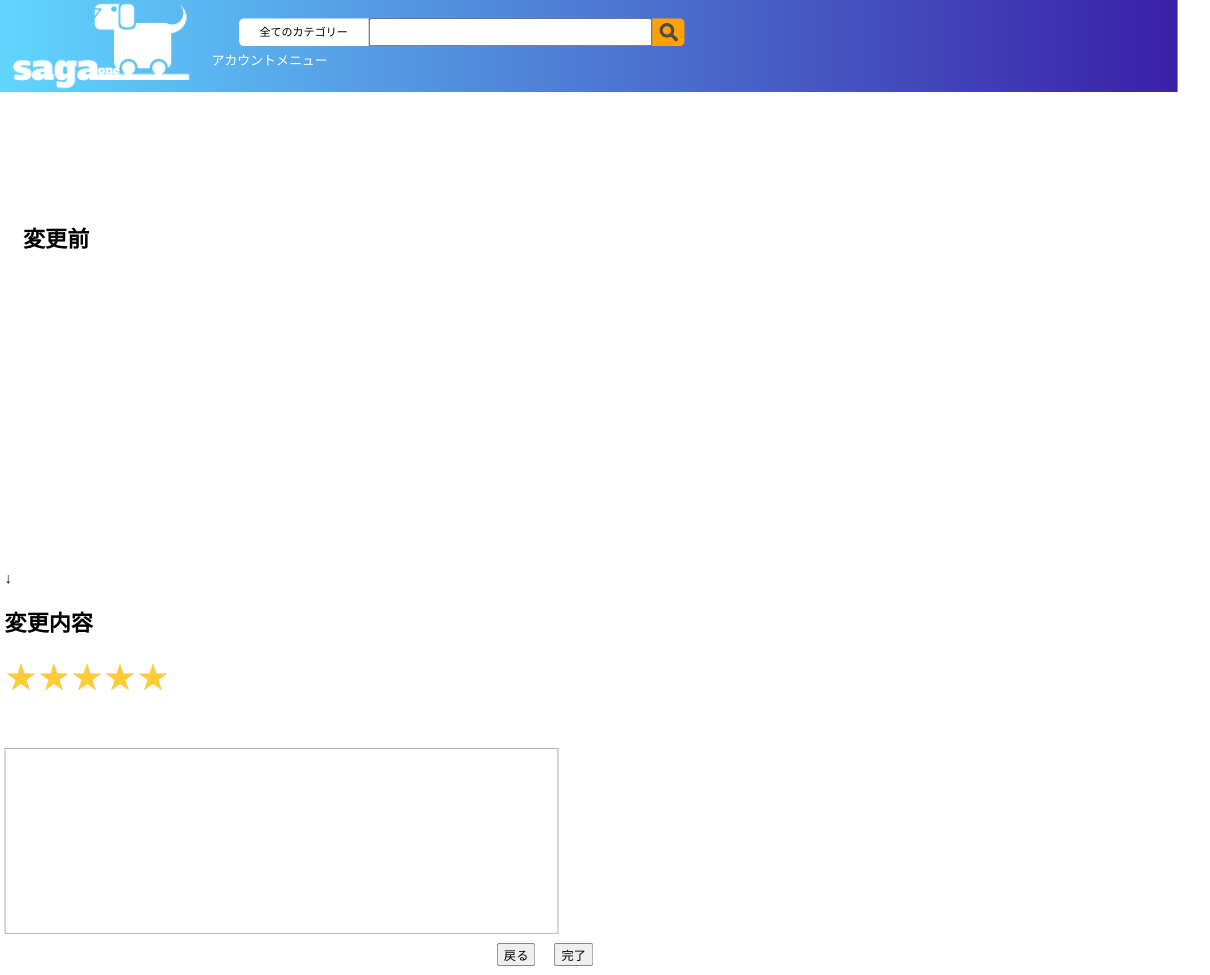
Repository: a4b3c2d1/backup
Page: http://localhost/sagaone-master/reviewChangeConfirm.jsp
An editor plug-in stored every save of this project. The page is shown before and after the next save, followed by the edit.
The browser window is 1280 px wide. The page is 1315 px wide, so the pictures cover 1315 px, including what lies to the right of the window. The pictures show the whole page, at 92% of full size.
The page is served by Tomcat 9.

Above is the page before, as saved 2018-01-21 11:30:39.

After the next save:
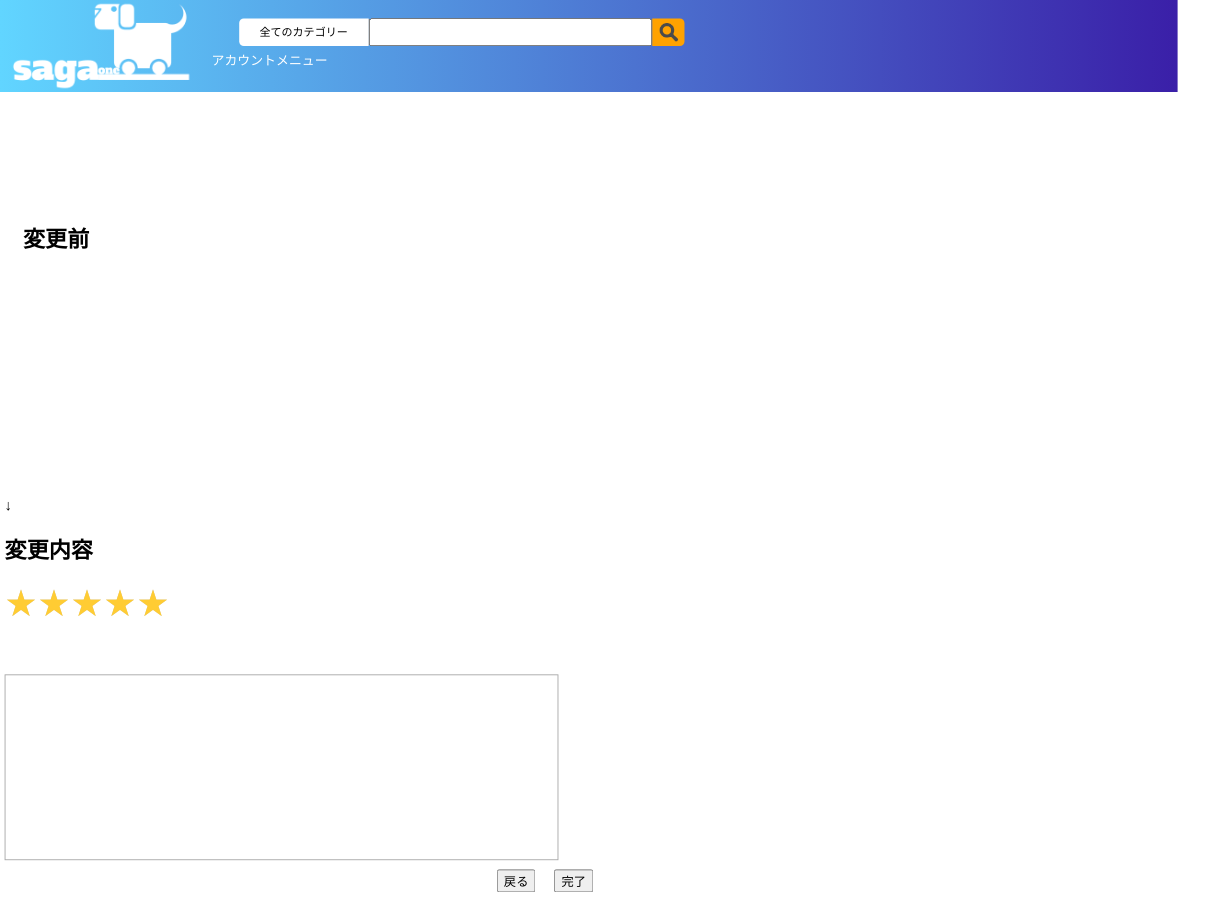
Saved 29 s later.
--- a/sagaone-master/WebContent/reviewChangeConfirm.jsp
+++ b/sagaone-master/WebContent/reviewChangeConfirm.jsp
@@ -21,7 +21,7 @@
 .main1 {
 	padding: 20px;
 	width: 100%;
-	height: 380px;
+	height: 300px;
 }
 
 .review2 {
